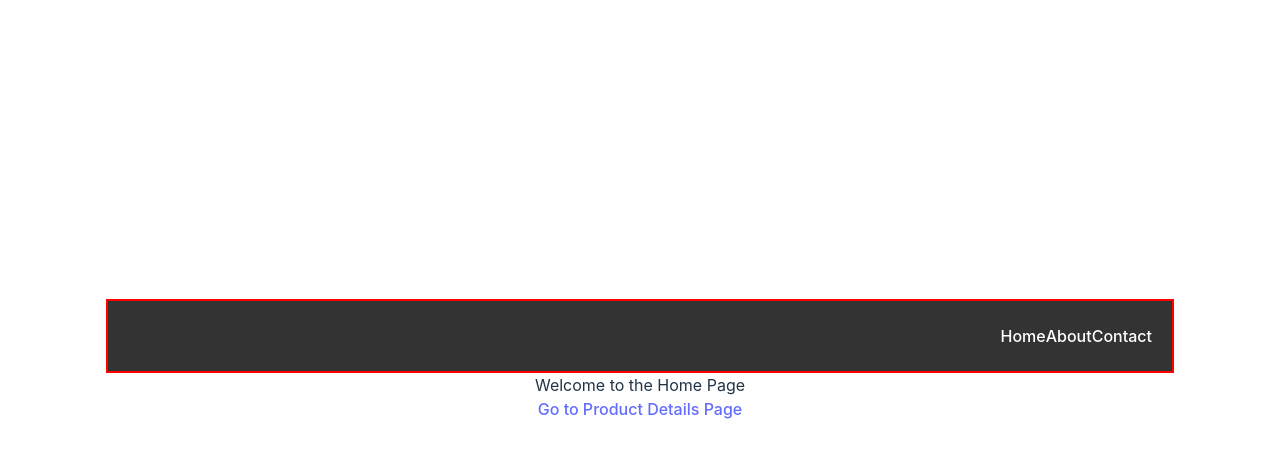
Repository: marcusdashe/proof-of-concept-react-routing
Page: /
The author's editor kept a copy of each file at every save. The page is drawn from the files as they stood at one save, then again after the next save.
The browser window is 1280 px wide. The pictures show the whole page.
The project was rebuilt for these pictures with package versions that can differ from the ones it lists, and the page was loaded fresh each time. Also part of the build but not shown: vite.config.js, src/pages/ProductDetails.jsx, src/pages/Checkout.jsx.

Above is the page before, as saved 2023-08-23 12:29:13.

### src/App.jsx
import "./App.css";
import { Route, Routes } from "react-router-dom";
import Home from "./pages/Home";
import ProductDetails from "./pages/ProductDetails";
import Checkout from "./pages/Checkout";
import NavBar from "./components/NavBar";

function App() {
  return (
    <>
      <NavBar />
      <Routes>
        <Route path="/" element={<Home />} />
        <Route path="/products" element={<ProductDetails />} />
        <Route path="/checkout" element={<Checkout />} />
      </Routes>
    </>
  );
}

export default App;

### src/pages/Home.jsx
import React from "react";
import { Link } from "react-router-dom";

const Home = () => {
  return (
    <>
      <div>Welcome to the Home Page</div>
      <Link to="/products">Go to Product Details Page</Link>
    </>
  );
};

export default Home;

### src/components/NavBar.jsx
import React from "react";
import "../styles/NavBar.css";

const NavBar = () => {
  return (
    <nav className="navbar">
      <div className="logo">MyLogo</div>
      <ul className="nav-links">
        <li>
          <a href="#">Home</a>
        </li>
        <li>
          <a href="#">About</a>
        </li>
        <li>
          <a href="#">Contact</a>
        </li>
      </ul>
    </nav>
  );
};

export default NavBar;

### src/styles/NavBar.css
/* Reset some default styles */
body,
ul {
  margin: 0;
  padding: 0;
}

/* Style for the navigation bar */
.navbar {
  width: 80vw;
  height: 50px;
  border: 2px solid red;
  display: flex;
  justify-content: space-between;
  align-items: center;
  background-color: #333;
  color: white;
  padding: 10px 20px;
}

/* Style for the logo */
.logo {
  font-size: 24px;
  font-weight: bold;
}

/* Style for the navigation links */
.nav-links {
  list-style: none;
  display: flex;
}

.nav-links li {
  margin-right: 0px;
}

.nav-links a {
  text-decoration: none;
  color: white;
}

/* Change link color on hover */
.nav-links a:hover {
  color: lightgray;
}

Loaded but not shown: index.html (common file); src/main.jsx (common file); src/index.css (common file); src/App.css (common file)

After the next save:
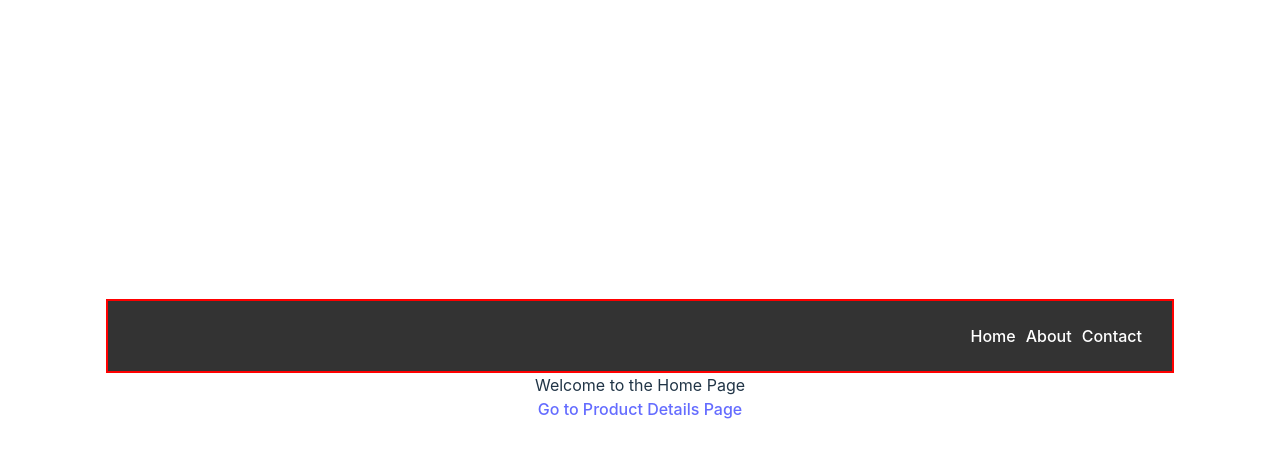
Saved 7 s later.
--- a/src/styles/NavBar.css
+++ b/src/styles/NavBar.css
@@ -31,7 +31,7 @@ ul {
 }
 
 .nav-links li {
-  margin-right: 0px;
+  margin-right: 10px;
 }
 
 .nav-links a {
